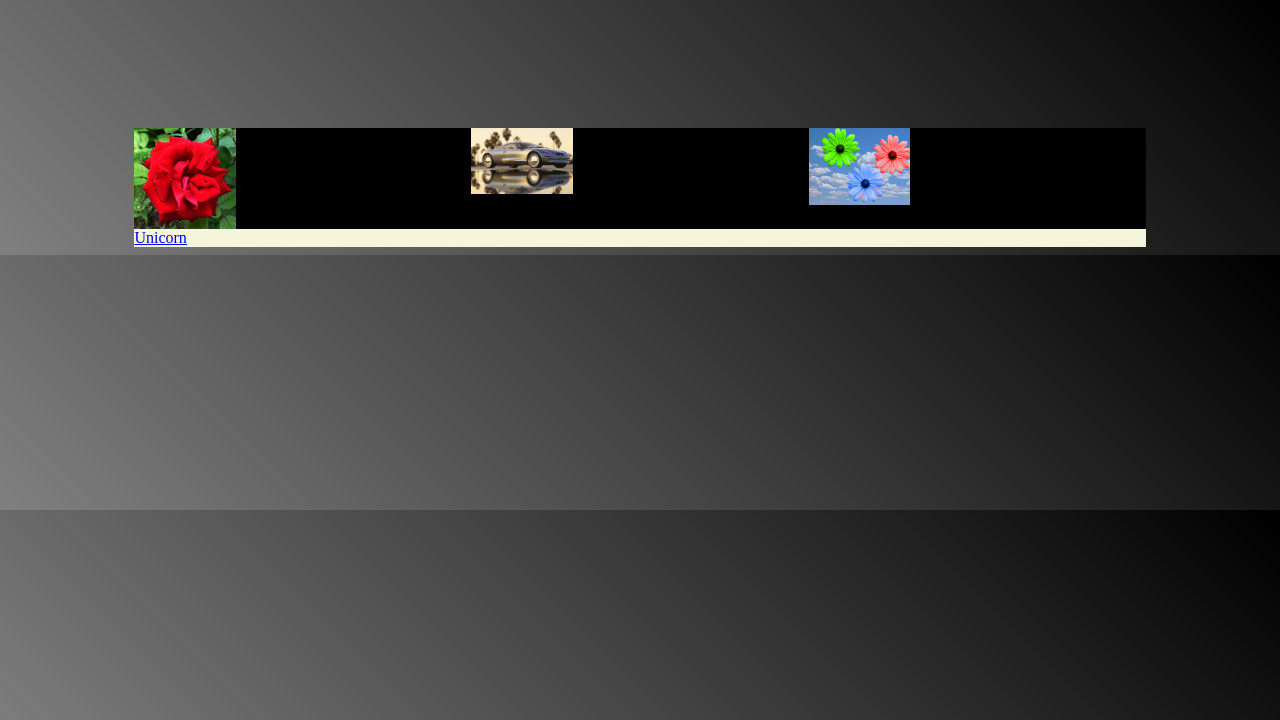
Repository: ViggoSkj/VGY
Page: ovningar/photoshopovning/photoshopovning.html
The author's editor kept a copy of each file at every save. The page is drawn from the files as they stood at one save, then again after the next save.
The browser window is 1280 px wide. The pictures show the whole page.

Above is the page before, as saved 2022-11-27 12:04:57.

### ovningar/photoshopovning/photoshopovning.html
<!DOCTYPE html>
<html lang="en">
    <head>
        <meta charset="UTF-8">
        <meta http-equiv="X-UA-Compatible" content="IE=edge">
        <meta name="viewport" content="width=device-width, initial-scale=1.0">
        <title>Document</title>
        <link rel="stylesheet" href="public/css/style.css">
    </head>
    <body class="photoshopovningar">
        <div class="container">
            <div class="images">
                <img src="public/images/ros_edited.jpg" alt="ros">
                <img src="public/images/bil_edited.jpg" alt="bil">
                <img src="public/images/sky_and_flower.jpg" alt="1 röd, 1, blå och 1 grönn blomma på en himmel">
            </div>

            <div id="myfooter">
                <a href="https://validator.w3.org/unicorn/check?ucn_uri=labb.vgy.se/~viggosg/ovningar/photoshopovningar.html&ucn_task=conformance">Unicorn</a>
             </div>
        </div>
    </body>
</html>

### ovningar/photoshopovning/public/css/style.css
body
{
    background-image: linear-gradient(45deg, gray, black);
}

.container
{
    background-color: beige;
    margin: auto;
    margin-top: 8em;
    width: 80%;
}

img
{
    width: 30%;
}

.images
{
    display: grid;
    grid-template-columns: 1fr 1fr 1fr;
    background-color: black;
}

After the next save:
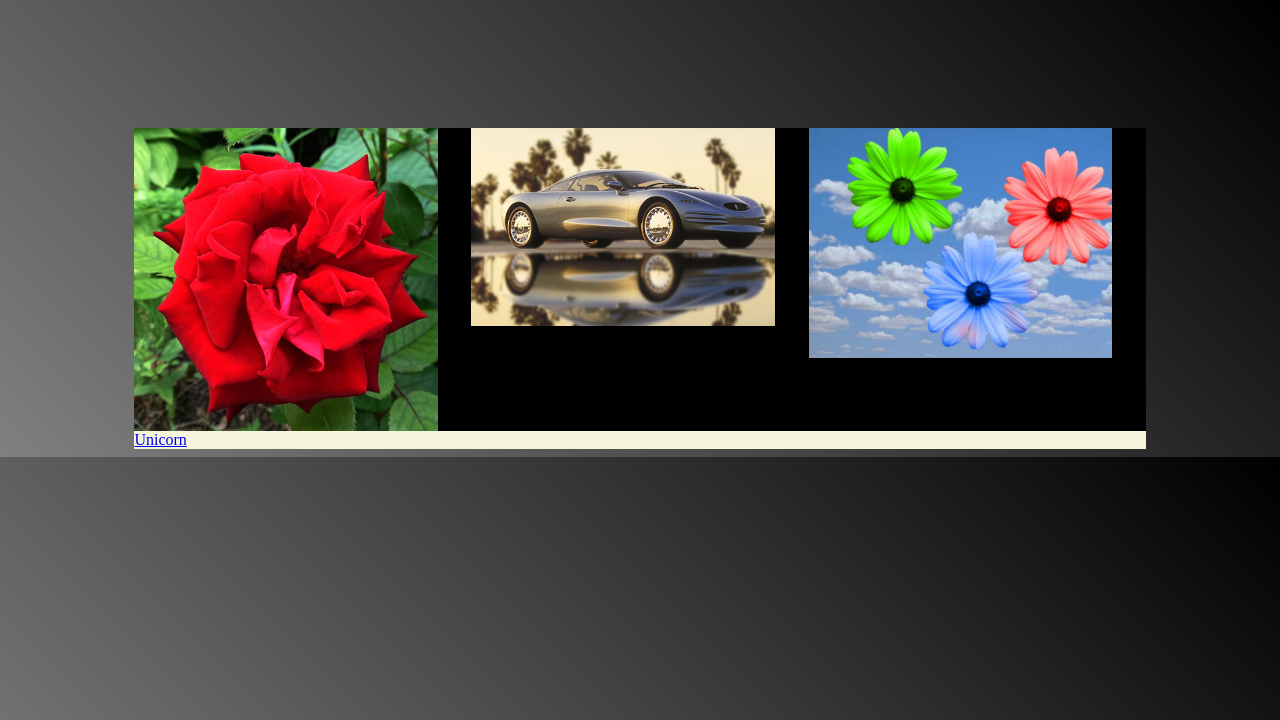
Saved 5 s later.
--- a/ovningar/photoshopovning/public/css/style.css
+++ b/ovningar/photoshopovning/public/css/style.css
@@ -13,7 +13,7 @@ body
 
 img
 {
-    width: 30%;
+    width: 90%;
 }
 
 .images
